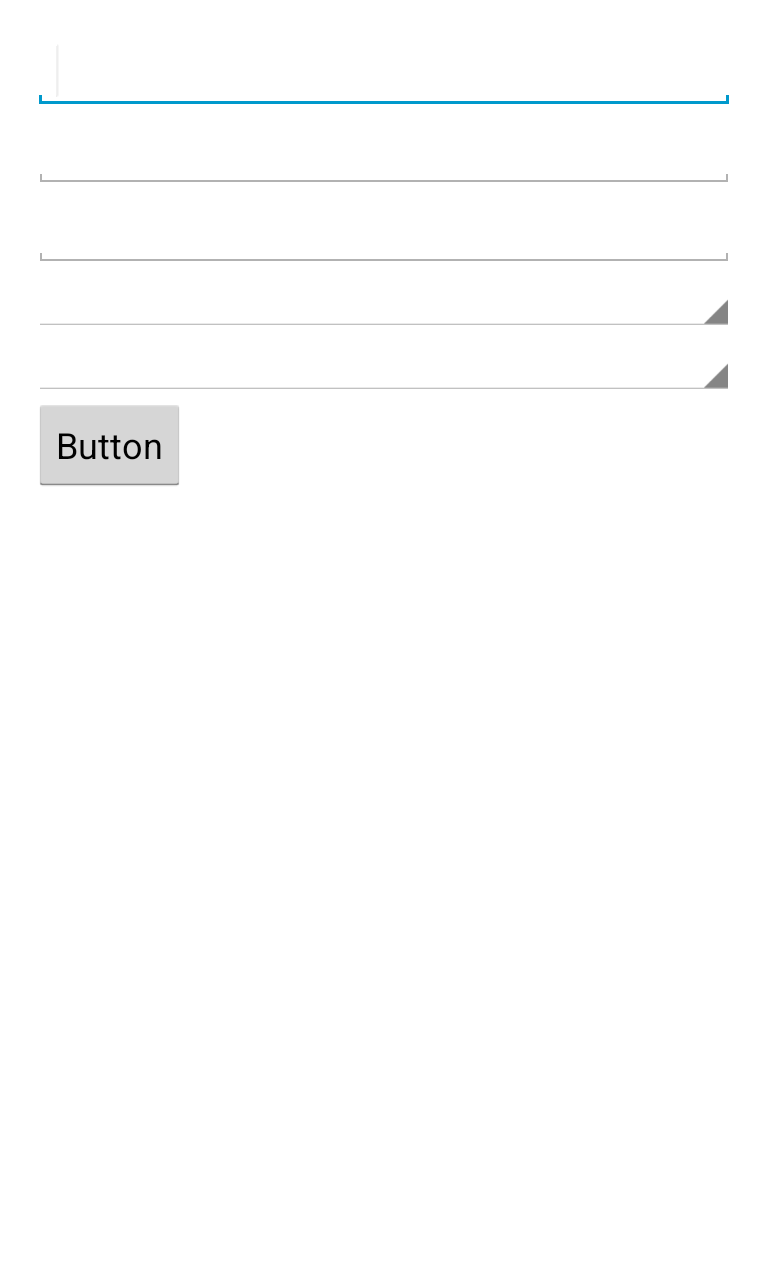
Repository: asdffdsa123/SA-Project
Layout: SA-Android/res/layout/activity_main.xml
An editor plug-in stored every save of this project. The layout is shown before and after the next save, followed by the edit.
It is drawn on a 768 x 1280 px phone screen (xhdpi) without system bars, with theme AppTheme; the app's code is not run.

Above is the layout before, as saved 2013-11-18 15:38:02.

### SA-Android/res/layout/activity_main.xml
<LinearLayout xmlns:android="http://schemas.android.com/apk/res/android"
    xmlns:tools="http://schemas.android.com/tools"
    android:id="@+id/LinearLayout1"
    android:layout_width="match_parent"
    android:layout_height="match_parent"
    android:orientation="vertical"
    android:paddingBottom="@dimen/activity_vertical_margin"
    android:paddingLeft="@dimen/activity_horizontal_margin"
    android:paddingRight="@dimen/activity_horizontal_margin"
    android:paddingTop="@dimen/activity_vertical_margin"
    tools:context=".MainActivity" >

    <EditText
        android:id="@+id/editText1"
        android:layout_width="match_parent"
        android:layout_height="wrap_content"
        android:ems="10"
        android:inputType="textPersonName" >

        <requestFocus />
    </EditText>

    <EditText
        android:id="@+id/editText2"
        android:layout_width="match_parent"
        android:layout_height="wrap_content"
        android:ems="10"
        android:inputType="textPersonName" />

    <EditText
        android:id="@+id/editText3"
        android:layout_width="match_parent"
        android:layout_height="wrap_content"
        android:ems="10"
        android:inputType="date" />

    <Spinner
        android:id="@+id/spinner1"
        android:layout_width="match_parent"
        android:layout_height="wrap_content" />

    <Spinner
        android:id="@+id/spinner2"
        android:layout_width="match_parent"
        android:layout_height="wrap_content" />

    <Button
        android:id="@+id/button1"
        android:layout_width="wrap_content"
        android:layout_height="wrap_content"
        android:text="Button" />

</LinearLayout>

### SA-Android/res/values/strings.xml
<?xml version="1.0" encoding="utf-8"?>
<resources>

    <string name="app_name">SA-Android</string>
    <string name="action_settings">Settings</string>
    <string name="hello_world">Hello world!</string>
    <string name="save">Speichern</string>
    <string name="firstname">Vorname</string>
    <string name="lastname">Nachname</string>
    <string name="birthday">Geburtstag</string>
    <string name="gender">Geschlecht</string>

</resources>

Loaded but not shown: SA-Android/res/values/styles.xml (common file); SA-Android/res/values-v11/styles.xml (common file); SA-Android/res/values-v14/styles.xml (common file); SA-Android/res/values/dimens.xml (common file)

After the next save:
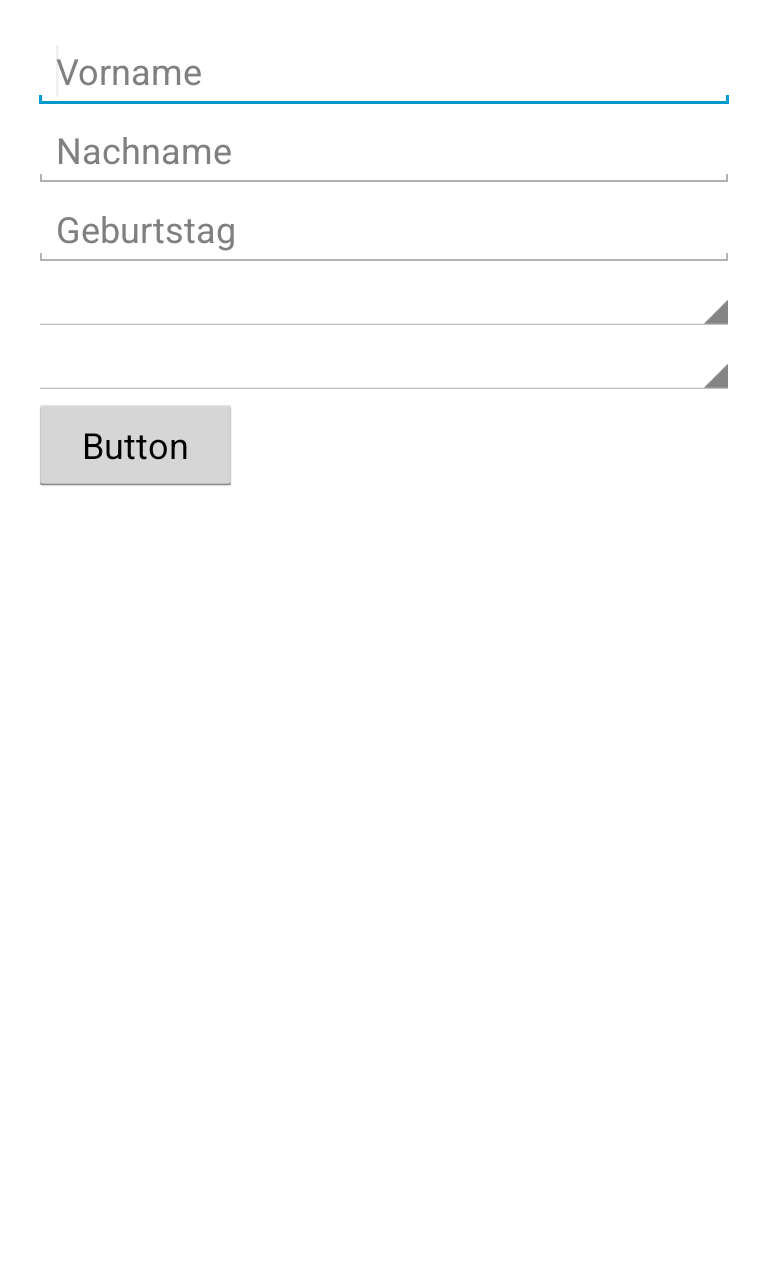
Saved 35 s later.
--- a/SA-Android/res/layout/activity_main.xml
+++ b/SA-Android/res/layout/activity_main.xml
@@ -15,6 +15,7 @@
         android:layout_width="match_parent"
         android:layout_height="wrap_content"
         android:ems="10"
+        android:hint="@string/firstname"
         android:inputType="textPersonName" >
 
         <requestFocus />
@@ -25,6 +26,7 @@
         android:layout_width="match_parent"
         android:layout_height="wrap_content"
         android:ems="10"
+        android:hint="@string/lastname"
         android:inputType="textPersonName" />
 
     <EditText
@@ -32,6 +34,7 @@
         android:layout_width="match_parent"
         android:layout_height="wrap_content"
         android:ems="10"
+        android:hint="@string/birthday"
         android:inputType="date" />
 
     <Spinner
@@ -48,6 +51,7 @@
         android:id="@+id/button1"
         android:layout_width="wrap_content"
         android:layout_height="wrap_content"
+        android:hint="@string/save"
         android:text="Button" />
 
 </LinearLayout>
